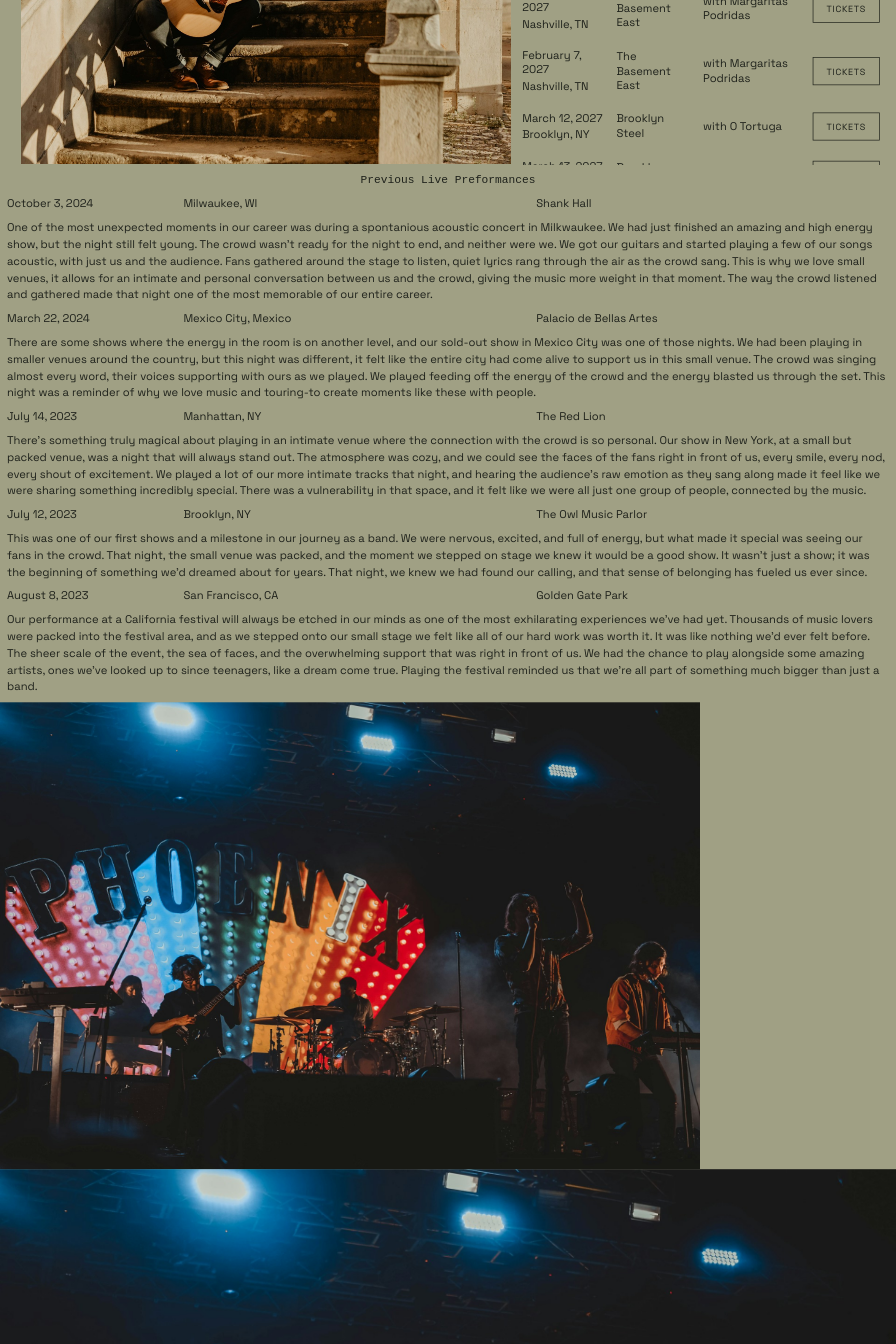
Repository: lime929/voices-del-viento
Page: /tour
An editor plug-in stored every save of this project. The page is shown before and after a run of saves, followed by the edit.
The browser window is 1280 px wide. The pictures show the part of the page from y = 755 to 2675 px (the page is 9827 px tall before and 9861 px after), at 70% of full size.
An inner scrolling area shows only its first screen. The project was rebuilt for these pictures with package versions that can differ from the ones it lists, and the page was loaded fresh each time. The framework's server and built-in components were replaced by stand-ins that run in the browser. Also part of the build but not shown: next.config.mjs.

Above is the page before, as saved 2026-09-14 16:39:24.

After the next 2 saves:
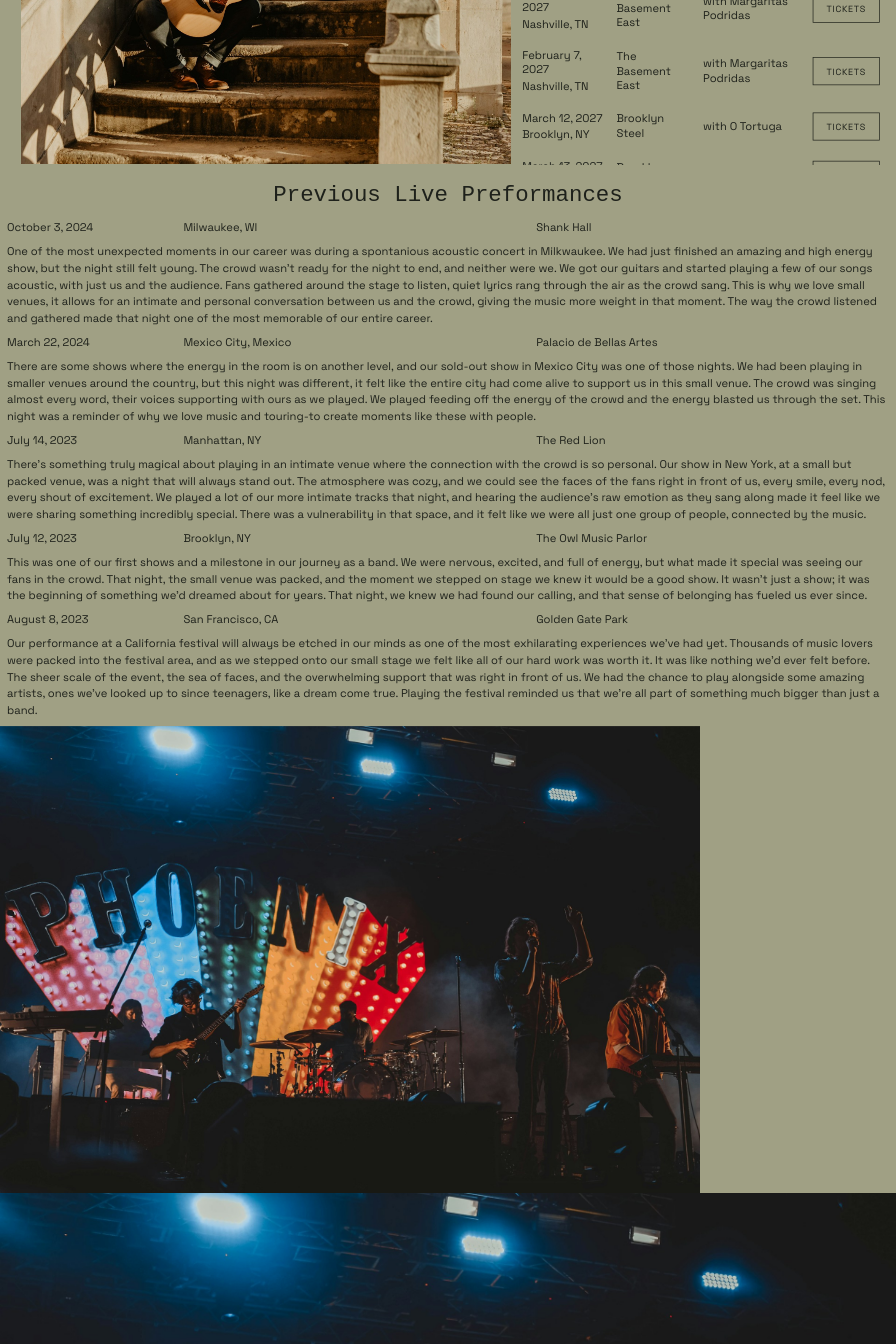
The 2 saves are shown as one change because they came seconds apart.
The last was saved 12 s later.
--- a/app/tour/page.module.css
+++ b/app/tour/page.module.css
@@ -133,7 +133,8 @@
 .pastTourTitle {
  text-align: center;
  font-family: var(--font-mono);
- margin-top: 10px;
+ margin-top: 20px;
+ font-size: 2rem;
 }
 .pastTour {
 
